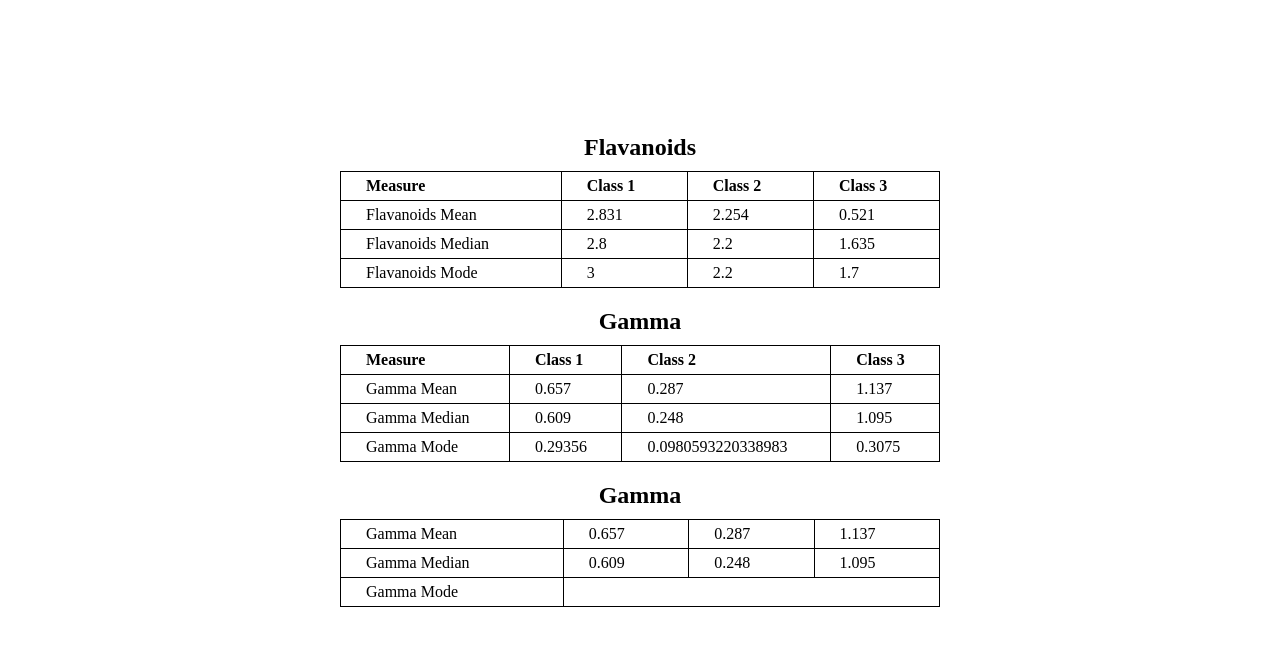
Repository: Rahul6395/WineAlcohol-Calculate
Page: /
An editor plug-in stored every save of this project. The page is shown before and after a run of saves, followed by the edit.
The browser window is 1280 px wide. The pictures show the whole page.
The project was rebuilt for these pictures with package versions that can differ from the ones it lists, and the page was loaded fresh each time.

Above is the page before, as saved 2023-05-27 11:26:41.

After the next 2 saves:
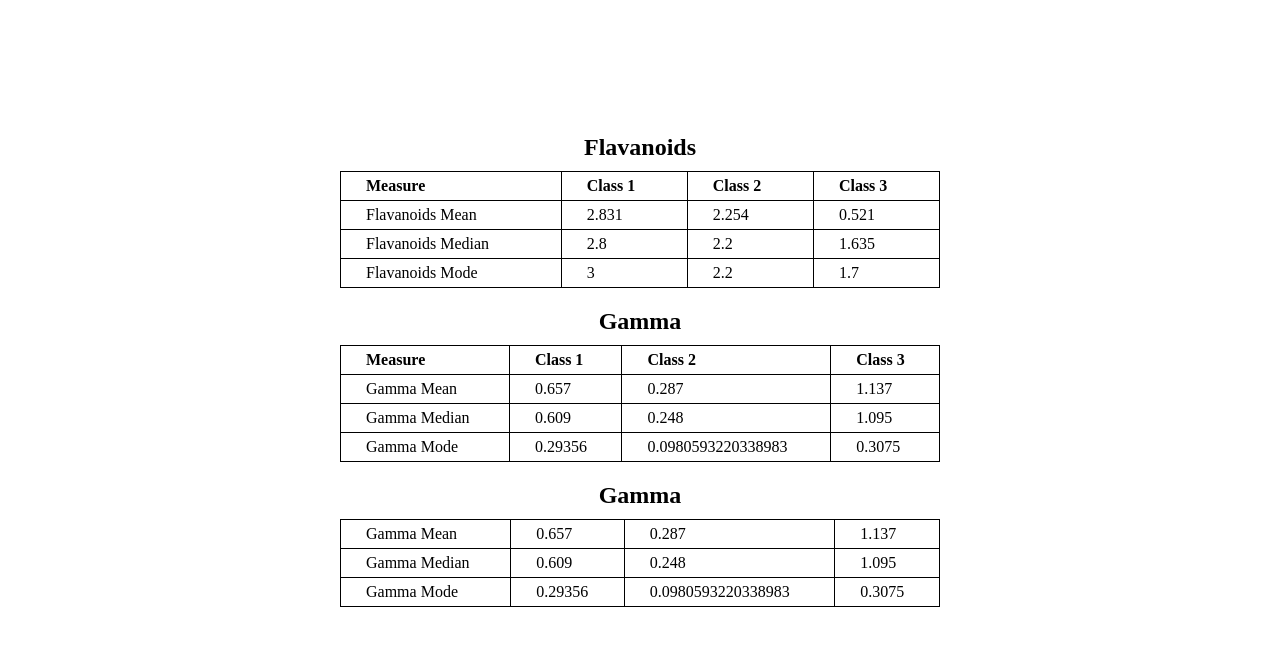
The 2 saves are shown as one change because 1 did not build or start.
The last was saved 3 min 17 s later.
--- a/src/component/Gamma.js
+++ b/src/component/Gamma.js
@@ -29,18 +29,18 @@ const GammaTable = () => {
         const sortedData = data.sort((a, b) => a - b);
         const midIndex = Math.floor(sortedData.length / 2);
         if (sortedData.length % 2 === 0) {
-          return (sortedData[midIndex - 1]+ sortedData[midIndex]) / 2;
+          return (sortedData[midIndex - 1] + sortedData[midIndex]) / 2;
         } else {
           return sortedData[midIndex];
         }
       }
 
     //   Mode
-      function calculateMode(data, className) {
-        const filteredData = data.filter(item => item.Alcohol === className);
+      function calculateMode( className,data,) {
+        // const filteredData = data.filter(item => item.Alcohol === className);
         const counts = {};
-        filteredData.forEach(item => {
-          counts[item.Flavanoids] = counts[item.Flavanoids] ? counts[item.Flavanoids] + 1 : 1;
+      data.forEach(item => {
+          counts[item] = counts[item] ? counts[item] + 1 : 1;
         });
         let mode;
         let maxCount = 0;
@@ -96,9 +96,11 @@ const GammaTable = () => {
         </tr>
         <tr>
           <td>Gamma Mode</td>
-          {red.map((className) => (
-            <td >{calculateMode(green, className)}</td>
-          ))}
+          {
+          Object.entries(gammaByClass).map(([className, gammaValues])=>(
+            <td>{calculateMode( className,gammaValues)}</td>
+          ))
+        }
         </tr>
       </tbody>
     </table>
